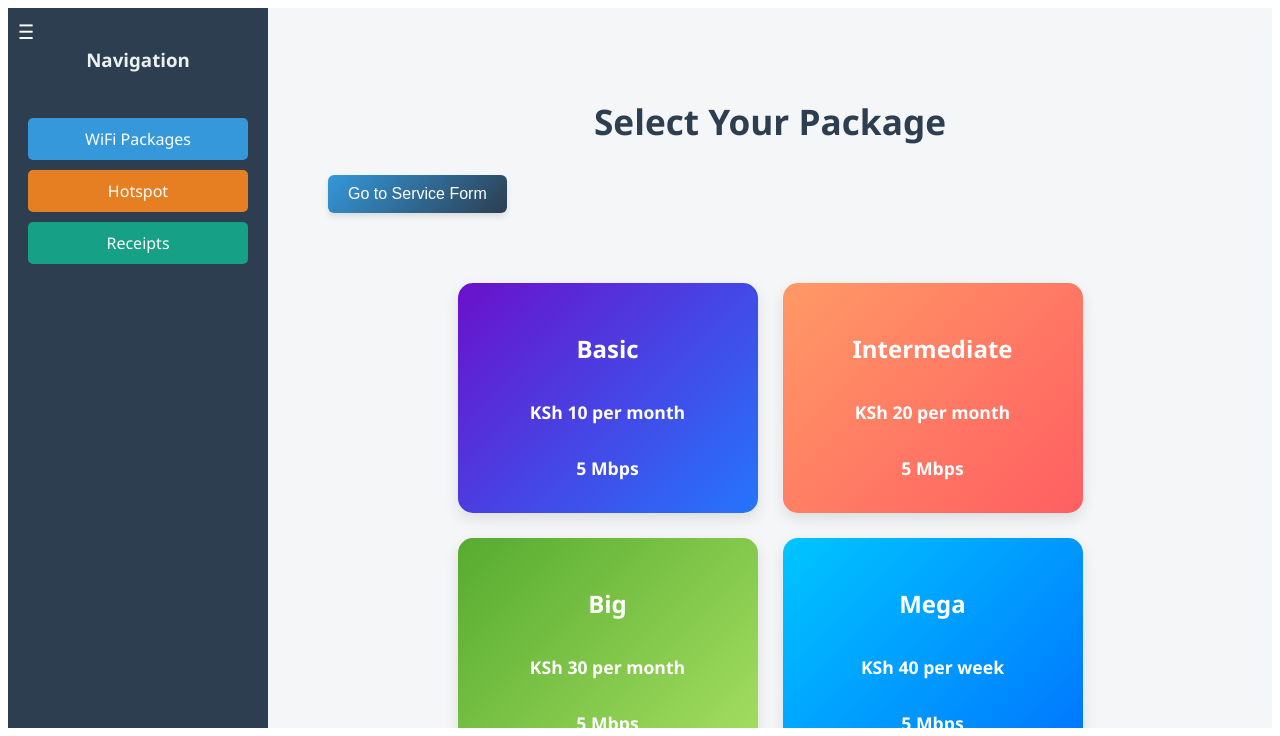
Repository: rachel648/system_Bill
Page: /packages (app in client/)
An editor plug-in stored every save of this project. The page is shown before and after the next save, followed by the edit.
The browser window is 1280 px wide. The pictures show the whole page.
The page's requests for data from a server got no answer. An inner scrolling area shows only its first screen. The project was rebuilt for these pictures with package versions that can differ from the ones it lists, and the page was loaded fresh each time. No one was signed in, and anything a server would have sent is missing. Also part of the build but not shown: client/src/components/ServiceForm.js, client/src/Hotspot.css, client/src/Hotspot.js, client/src/admin.js. Imported but missing from the stored project, and not drawn on this page: client/src/Receipts.

Above is the page before, as saved 2025-07-10 22:49:17.

After the next save:
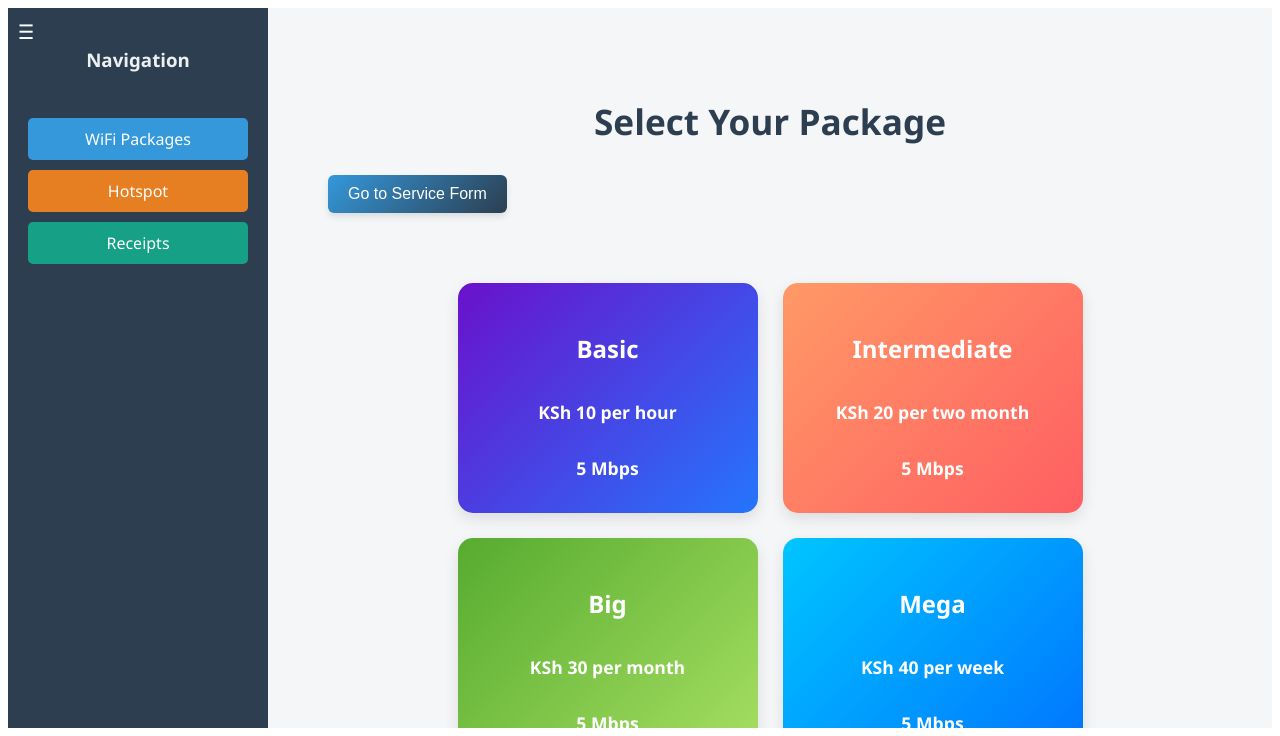
Saved 75 s later.
--- a/client/src/Packages.js
+++ b/client/src/Packages.js
@@ -13,8 +13,8 @@ const packagePrices = {
 
 // Add duration for each package
 const packageDurations = {
-  Basic: 'per month',
-  Intermediate: 'per month',
+  Basic: 'per hour',
+  Intermediate: 'per two month',
   Big: 'per month',
   Mega: 'per week',
   Super: 'per day',
